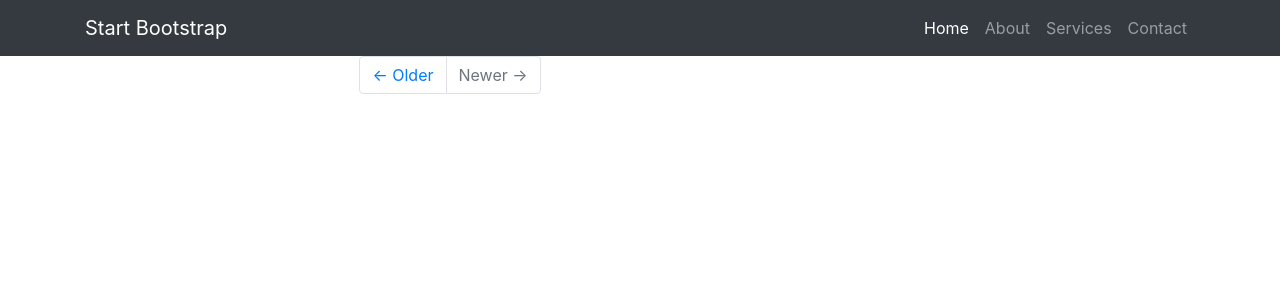
Repository: mohammedaniz/Blog-App
Page: /blogs
The author's editor kept a copy of each file at every save. The page is drawn from the files as they stood at one save, then again after the next save.
The browser window is 1280 px wide. The pictures show the whole page.
The page's requests for data from a server got no answer. The project was rebuilt for these pictures with package versions that can differ from the ones it lists, and the page was loaded fresh each time. No one was signed in, and anything a server would have sent is missing. Also part of the build but not shown: src/components/Components/Feed.component.vue, src/components/Components/Spinner.component.vue, src/components/Components/Feed.Details.vue, src/components/Components/Feed.Category.component.vue.

Above is the page before, as saved 2020-09-13 11:51:26.

### src/main.js
import Vue from 'vue'
import App from './App.vue'
import './registerServiceWorker'
import router from './router'
import store from './store'

import 'bootstrap';
import 'bootstrap/dist/css/bootstrap.min.css';
import 'jquery';
import 'popper.js';

Vue.component('pulse-loader', require('vue-spinner/src/PulseLoader.vue'));

Vue.config.productionTip = false

new Vue({
  router,
  store,
  render: h => h(App)
}).$mount('#app')

### src/App.vue
<template>
  <div id="app">
    <router-view/>
  </div>
</template>

<style lang="scss">
body{
  padding-top: 56px;
}
</style>

### src/router/index.js
import Vue from 'vue'
import VueRouter from 'vue-router'
import FeedLayout from '../components/Layouts/Feed.Layout.vue'
import FeedDetails from '../components/Components/Feed.Details.vue';

import HomepageLayout from '../components/Layouts/Homepage.layout.vue';
import FeedCategoryComponent from '../components/Components/Feed.Category.component.vue';

Vue.use(VueRouter)

const routes = [
  {
    path: '/blogs',
    component: HomepageLayout,
    children : [{
      path : ':id',
      name : 'Blog',
      component : FeedDetails
    },{
      path :'',
      component : FeedLayout
    },{
      name : 'BLOGS_BY_CATEGORYNAME',
      path :'categories/:category',
      component :FeedCategoryComponent
    }]
  }
]

const router = new VueRouter({
  mode: 'history',
  base: process.env.BASE_URL,
  routes
})

export default router

### src/store/index.js
import Vue from 'vue'
import Vuex from 'vuex'
import blog from './modules/blog.module';
import category from './modules/category.module';

Vue.use(Vuex)

export default new Vuex.Store({
  state: {
  },
  mutations: {
  },
  actions: {
  },
  modules: {
    blog,
    category
  }
})

### src/components/Layouts/Feed.Layout.vue
<template>
    <div class="container">

    <div class="row">

      <!-- Blog Entries Column -->
      <div class="col-md-8"  >
              <Spinner v-if="GET_LOADING_STATUS_GETTER" />
              <div v-else>
                <Feed v-for="(post,index) in GET_ALL_BLOGS_SORTED_BY_CREATED_DATE_AND_PAGINATED_GETTER" :key="index" :post="post" />
              </div>

                <ul class="pagination justify-content-center mb-4">
                <li class="page-item">
                    <a class="page-link" href="#">&larr; Older</a>
                </li>
                <li class="page-item disabled">
                    <a class="page-link" href="#">Newer &rarr;</a>
                </li>
                </ul>

        <!-- Blog Post -->




        <!-- Pagination -->


      </div>


      <!-- Sidebar Widgets Column -->
      <div class="col-md-4">

        <!-- Categories Widget -->
        <CategoryComponent />
      </div>

    </div>
    <!-- /.row -->

  </div>
</template>
<script>
import Feed from '../../components/Components/Feed.component';
import axios from '../../axios/axios.config';
import moment from 'moment';
import Spinner from '../Components/Spinner.component';
import {mapGetters,mapActions} from 'vuex';
import LoadingSpinner from '../Components/Spinner.component';
import CategoryComponent from '../Components/Category.component';
export default {
    computed : {
      ...mapGetters(['GET_RECORDS_VALUE_GETTER','GET_ALL_BLOGS_SORTED_BY_CREATED_DATE_AND_PAGINATED_GETTER','GET_LOADING_STATUS_GETTER'])
    },
    data(){
        return{
            spinnerStatus : true,
            posts : this.GET_ALL_BLOGS_SORTED_BY_CREATED_DATE_AND_PAGINATED_GETTER
        }
    },methods : {
      ...mapActions(['SET_RECORDS_VALUE_ACTION']),
        getTimeline(time){
            if(time){
                return moment(time, "YYYYMMDD").fromNow();
            }
        },
        loadItemOnScroolBottom(){
          window.onscroll = () => {
            let bottom = document.documentElement.scrollTop + window.innerHeight === document.documentElement.offsetHeight;

            if (bottom) {
              let currentRecords = this.GET_RECORDS_VALUE_GETTER;
              let newRecords = currentRecords + 2;
              this.SET_RECORDS_VALUE_ACTION(newRecords);
            }
          };
        }
    },components : {
        Spinner,
        Feed,
        CategoryComponent
    },mounted(){
        this.spinnerStatus = false;
        // console.log('stat' , this.GET_ALL_BLOGS)
        this.loadItemOnScroolBottom();

    }
}
</script>
<style scoped>

</style>

### src/components/Layouts/Homepage.layout.vue
<template>
    <div>
         <app-header></app-header>
        <keep-alive>
            <router-view></router-view>
        </keep-alive>
    </div>

</template>
<script>
import { mapActions } from 'vuex';
import Header from '../Navigations/Header.component';
import Feed from '../Layouts/Feed.Layout';
import axios from '../../axios/axios.config';
export default {
    data(){
        return {
            posts : [],
            spinnerStatus : false
        }
    },
    components : {
        appHeader : Header ,
        appFeed : Feed
    },
    methods : {
         ...mapActions(['SET_ALL_BLOGS_ACTION','SET_BLOG_ERRORS_ACTION','SET_ALL_CATEGORIES_ACTION'])
    },
    created(){
        axios.get('/v1.1/sites/107403796/posts').then(response => {
            console.log('data---> ', response.data)
           if(response.data.posts){
            this.SET_ALL_BLOGS_ACTION(response.data.posts);
           }
       }).catch((error) => {
           this.SET_BLOG_ERRORS_ACTION(error);
       });

       axios.get('/v1.1/sites/107403796/categories').then(data => {
        // console.log('data =====> ' , data);
           this.SET_ALL_CATEGORIES_ACTION(data.data.categories);
       }).catch(error => {

       })
    }

}
</script>
<style scoped>

</style>

### src/store/modules/blog.module.js
const state = {
    blogs : [],
    categories : [],
    offset : 0,
    records : 2,
    errors : {
        blogErrors : null
    },
    loadingStatus : false
};

const getters  = {
    'GET_RECORDS_VALUE_GETTER':(state) => {
        return state.records;
    },
    'GET_ALL_BLOGS':(state) => {
        return state.blogs;
    },'GET_ALL_BLOGS_SORTED_BY_CREATED_DATE_AND_PAGINATED_GETTER':(state) => {
        return state.blogs.sort((post1,post2) =>{
            return new Date(post2.date) - new Date(post1.date);
        }).slice(state.offset,state.records)
    },'GET_A_BLOG_BY_ID':(state) => {
        return (id) => {
            let blogs = state.blogs;
            if(id && blogs){
                return state.blogs.find(blog => blog.ID == id);
            }
        }
    },
    'GET_LOADING_STATUS_GETTER':(state) =>{
        return state.loadingStatus;
    }


}

const mutations = {
    'SET_ALL_BLOGS_MUTATION' : (state,payload) => {


        if(payload){

             (state.blogs = payload);
                state.loadingStatus = false

        }


    },
    'SET_BLOG_ERRORS_MUTATION' :(state, errors)=> {

        if(errors){
            state.errors.blogErrors = errors;
            // state.loadingStatus = false
        }

    },
    'SET_LOADING_TO_TRUE_MUTATION':(state) => {
        state.loadingStatus = true
    },'SET_LOADING_TO_FALSE_MUTATION':(state) => {
        state.loadingStatus = false
    },'SET_ALL_CATEGORIES_MUTATION':(state, categories) => {
        if(categories){
            state.categories = categories
        }
    },'SET_RECORDS_VALUE_MUTATION':(state, records) => {
        if(records){
            state.records = records
        }
    }

}

const actions = {
    'SET_ALL_BLOGS_ACTION': ({commit},payload) => {
        commit('SET_LOADING_TO_TRUE_MUTATION');
        commit('SET_ALL_BLOGS_MUTATION',payload);
    },
    'SET_BLOG_ERRORS_ACTION' :({commit}, errors)=> {

        if(errors)
            commit('SET_BLOG_ERRORS_MUTATION',errors);
    },
    'SET_RECORDS_VALUE_ACTION':({commit},records) => {
        if(records){
            commit('SET_RECORDS_VALUE_MUTATION',records);
        }
    }
}

export default {
    state,
    getters,
    mutations,
    actions
}

### src/store/modules/category.module.js
const state = {
    categories : [],
    errors : null,
    loadingStatus : false
};

const getters  = {
    'GET_ALL_CATEGORY':(state) => {
        console.log('Invocked  ----------- ', state.categories)
        return state.categories;
    },'GET_A_CATEGORY_BY_ID':(state) => {
        return (id) => {
            let categories = state.categories;
            if(id && categories){
                return state.categories.find(category => category.ID == id);
            }
        }
    }


}

const mutations = {
   'SET_ALL_CATEGORIES_MUTATION':(state, categories) => {
        if(categories){
            state.categories = categories
        }
    }

}

const actions = {

    'SET_ALL_CATEGORIES_ACTION':({commit},categories) => {
        if(categories){
            commit('SET_ALL_CATEGORIES_MUTATION',categories);
        }
    }
}

export default {
    state,
    getters,
    mutations,
    actions
}

### src/axios/axios.config.js
import axios from 'axios';

const instance = axios.create({
    baseURL : 'https://public-api.wordpress.com/rest'
})

export default instance;

### src/components/Components/Category.component.vue
<template>
    <ul class="list-group mb-4">
        <router-link :to="{name :'BLOGS_BY_CATEGORYNAME',params : {category :category.name } }" v-for="category in GET_ALL_CATEGORY" :key="category.ID"  class="list-group-item">{{category.name}}</router-link>
    </ul>
</template>

<script>
import {mapGetters} from 'vuex';
export default {
    computed: {
        ...mapGetters(['GET_ALL_CATEGORY'])
    }
}
</script>
<style>
.list-group {
    padding-top: 56px;
}
</style>

### src/components/Navigations/Header.component.vue
<template>
    <nav class="navbar navbar-expand-lg navbar-dark bg-dark fixed-top">
    <div class="container">
      <a class="navbar-brand" href="#">Start Bootstrap</a>
      <button class="navbar-toggler" type="button" data-toggle="collapse" data-target="#navbarResponsive" aria-controls="navbarResponsive" aria-expanded="false" aria-label="Toggle navigation">
        <span class="navbar-toggler-icon"></span>
      </button>
      <div class="collapse navbar-collapse" id="navbarResponsive">
        <ul class="navbar-nav ml-auto">
          <li class="nav-item active">
            <a class="nav-link" href="#">Home
              <span class="sr-only">(current)</span>
            </a>
          </li>
          <li class="nav-item">
            <a class="nav-link" href="#">About</a>
          </li>
          <li class="nav-item">
            <a class="nav-link" href="#">Services</a>
          </li>
          <li class="nav-item">
            <a class="nav-link" href="#">Contact</a>
          </li>
        </ul>
      </div>
    </div>
  </nav>
</template>
<script>
export default {

}
</script>

Loaded but not shown: public/index.html (common file); src/registerServiceWorker.js (common file)

After the next save:
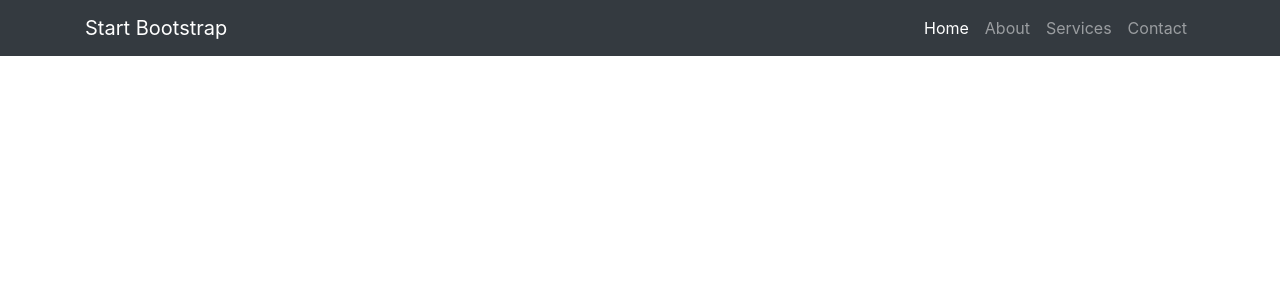
Saved 87 s later.
--- a/src/components/Layouts/Feed.Layout.vue
+++ b/src/components/Layouts/Feed.Layout.vue
@@ -1,45 +1,16 @@
 <template>
     <div class="container">
-
     <div class="row">
-
-      <!-- Blog Entries Column -->
       <div class="col-md-8"  >
-              <Spinner v-if="GET_LOADING_STATUS_GETTER" />
-              <div v-else>
-                <Feed v-for="(post,index) in GET_ALL_BLOGS_SORTED_BY_CREATED_DATE_AND_PAGINATED_GETTER" :key="index" :post="post" />
-              </div>
-
-                <ul class="pagination justify-content-center mb-4">
-                <li class="page-item">
-                    <a class="page-link" href="#">&larr; Older</a>
-                </li>
-                <li class="page-item disabled">
-                    <a class="page-link" href="#">Newer &rarr;</a>
-                </li>
-                </ul>
-
-        <!-- Blog Post -->
-
-
-
-
-        <!-- Pagination -->
-
-
+        <Spinner v-if="GET_LOADING_STATUS_GETTER" />
+        <div v-else>
+          <Feed v-for="(post,index) in GET_ALL_BLOGS_SORTED_BY_CREATED_DATE_AND_PAGINATED_GETTER" :key="index" :post="post" />
+        </div>
       </div>
-
-
-      <!-- Sidebar Widgets Column -->
       <div class="col-md-4">
-
-        <!-- Categories Widget -->
-        <CategoryComponent />
+          <CategoryComponent />
       </div>
-
     </div>
-    <!-- /.row -->
-
   </div>
 </template>
 <script>
